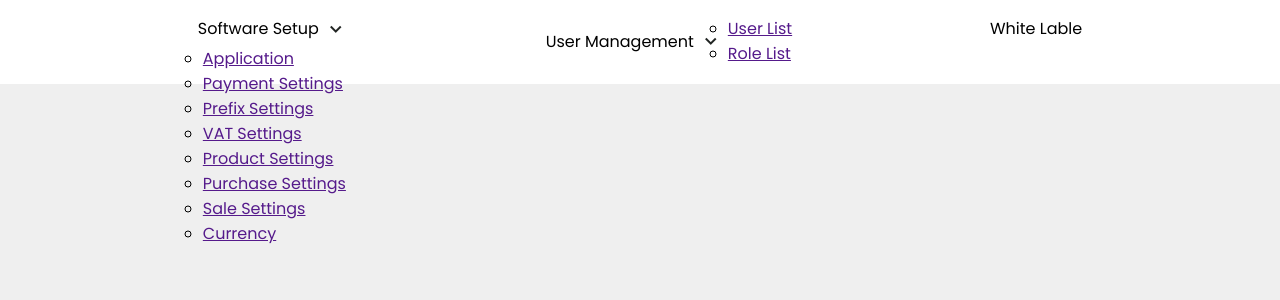
Repository: codebyaddro/pos-settings
Page: settings.html
These files come from the project's save history. The page is drawn as it stood at one moment and after a run of saves; the edit follows.
The browser window is 1280 px wide. The pictures show the whole page.

Above is the page before, as saved 2025-02-16 14:35:50.

After the next 2 saves:
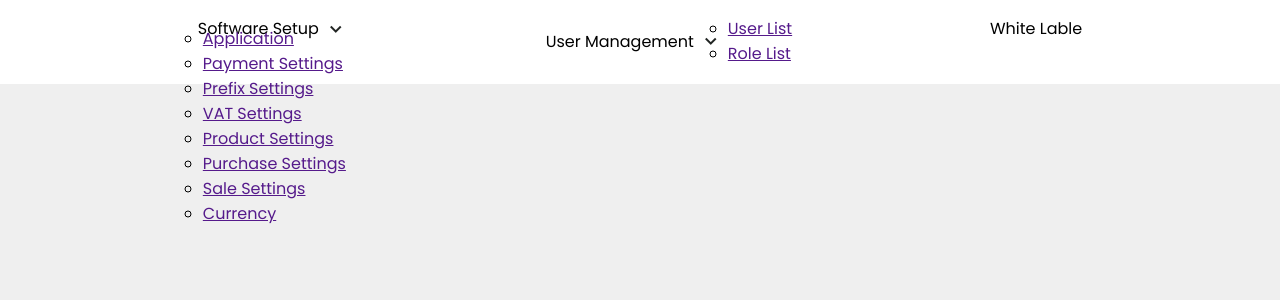
The 2 saves are shown as one change because they came seconds apart.
The last was saved 10 s later.
--- a/css/settings.css
+++ b/css/settings.css
@@ -80,6 +80,6 @@
 
 .cba-settings-top-menubar > ul > li > .cba-stm-one-dd {
     position: absolute;
-    top: 30px;
+    top: 10px;
     left: 5px;
 }

After the 2 saves that followed:
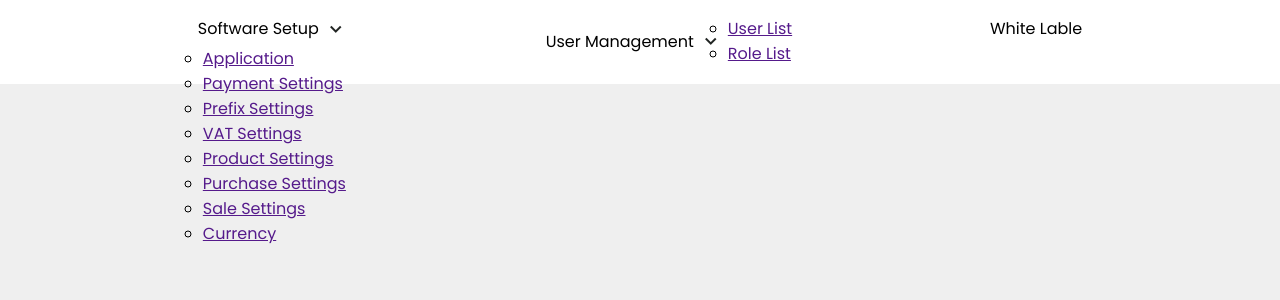
The 2 saves are shown as one change because they came seconds apart.
The last was saved 6 s later.
--- a/css/settings.css
+++ b/css/settings.css
@@ -80,6 +80,6 @@
 
 .cba-settings-top-menubar > ul > li > .cba-stm-one-dd {
     position: absolute;
-    top: 10px;
+    top: 30px;
     left: 5px;
 }
